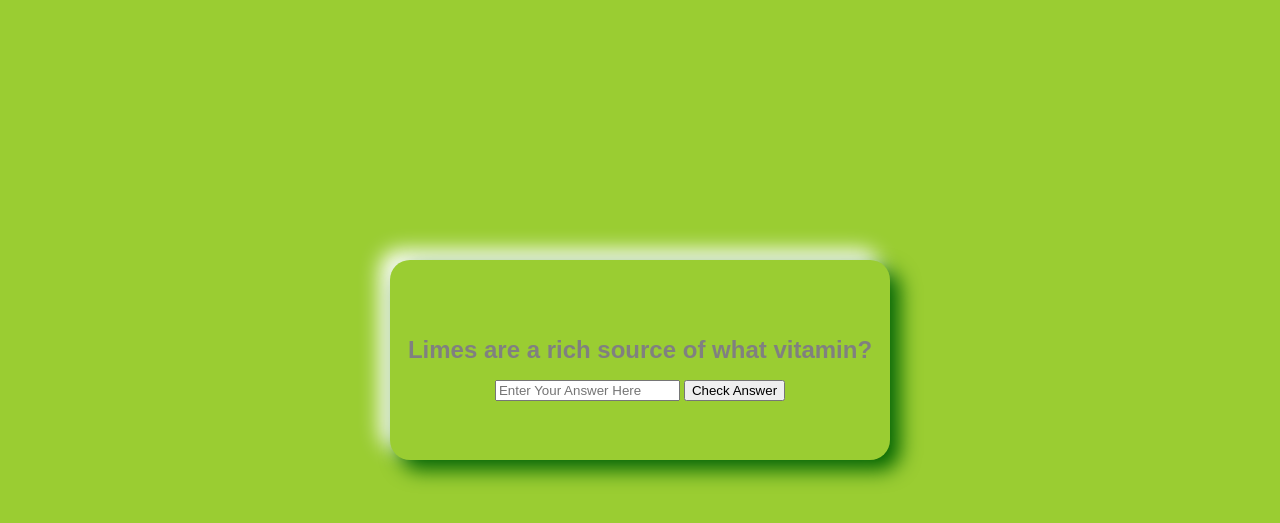
Repository: Joseph061200/Dynamic_Lab2
Page: joseph.html
These files come from the project's save history. The page is drawn as it stood at one moment and after the next save; the edit follows.
The browser window is 1280 px wide. The pictures show the whole page.

Above is the page before, as saved 2020-02-20 14:30:13.

### joseph.html
<!DOCTYPE html>
<html>
    <head>
        <title>Joseph</title>
        <link rel="stylesheet" href="joseph.css">
    </head>
    <body>
        <div class="app">
            <div class="pop_up question">
                <h1 class="h1">Limes are a rich source of what vitamin?</h1>
                <div>
                    <input id="answer" type="text" placeholder="Enter Your Answer Here">
                    <button onclick="CheckAnswer()">Check Answer</button>
                </div>
            </div>
        </div>
        <script src="joseph.js"></script>
    </body>
</html>

### joseph.css
body,html {
    margin: 0;
}
.app{
    width: 100vw;
    height: 100vh;
    display: flex;
    justify-content: center;
    align-items: center;
    background-color: yellowgreen;
}
.pop_up{
    width: 500px;
    height: 200px;
    display: flex;
    flex-direction: column;
    justify-content: center;
    align-items: center;
    background-color: yellowgreen;
    border-radius: 20px;
    box-shadow: 10px 10px 20px darkgreen,-10px -10px 20px white;

}
h1 {
    font-family: sans-serif;
    font-size: 24px;
    color: grey
}

### joseph.js
function CheckAnswer(){
    var myInput = document.querySelector("#answer").value;
    console.log(myInput);
    if (myInput === "B"){
        alert("Correct!");
    }else {
        alert("wrong");
    }
}

After the next save:
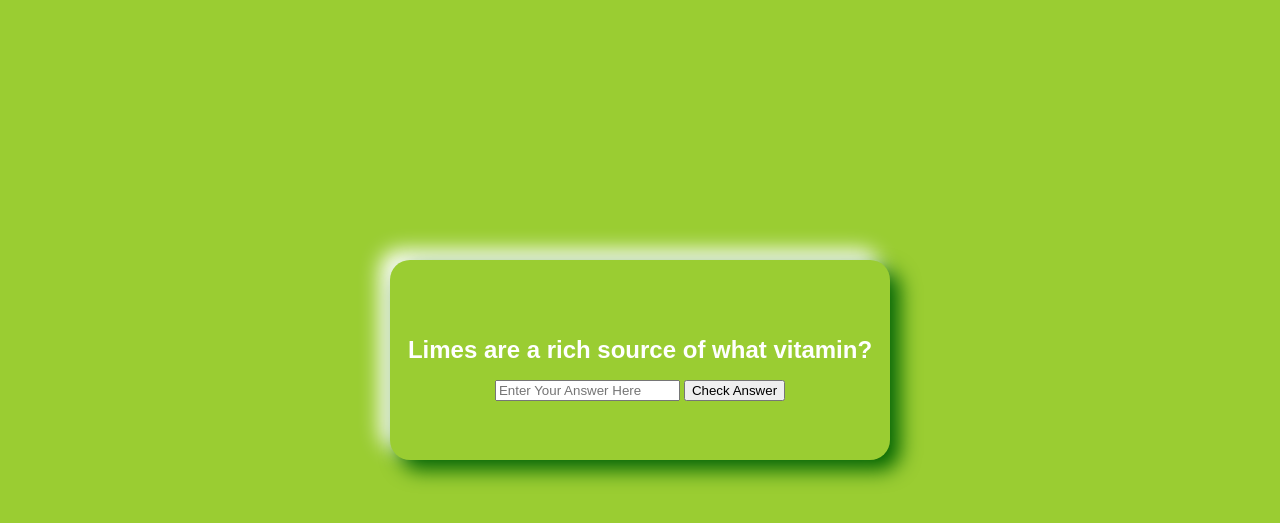
Saved 8 s later.
--- a/joseph.css
+++ b/joseph.css
@@ -24,5 +24,5 @@ body,html {
 h1 {
     font-family: sans-serif;
     font-size: 24px;
-    color: grey
+    color: white;
 }
